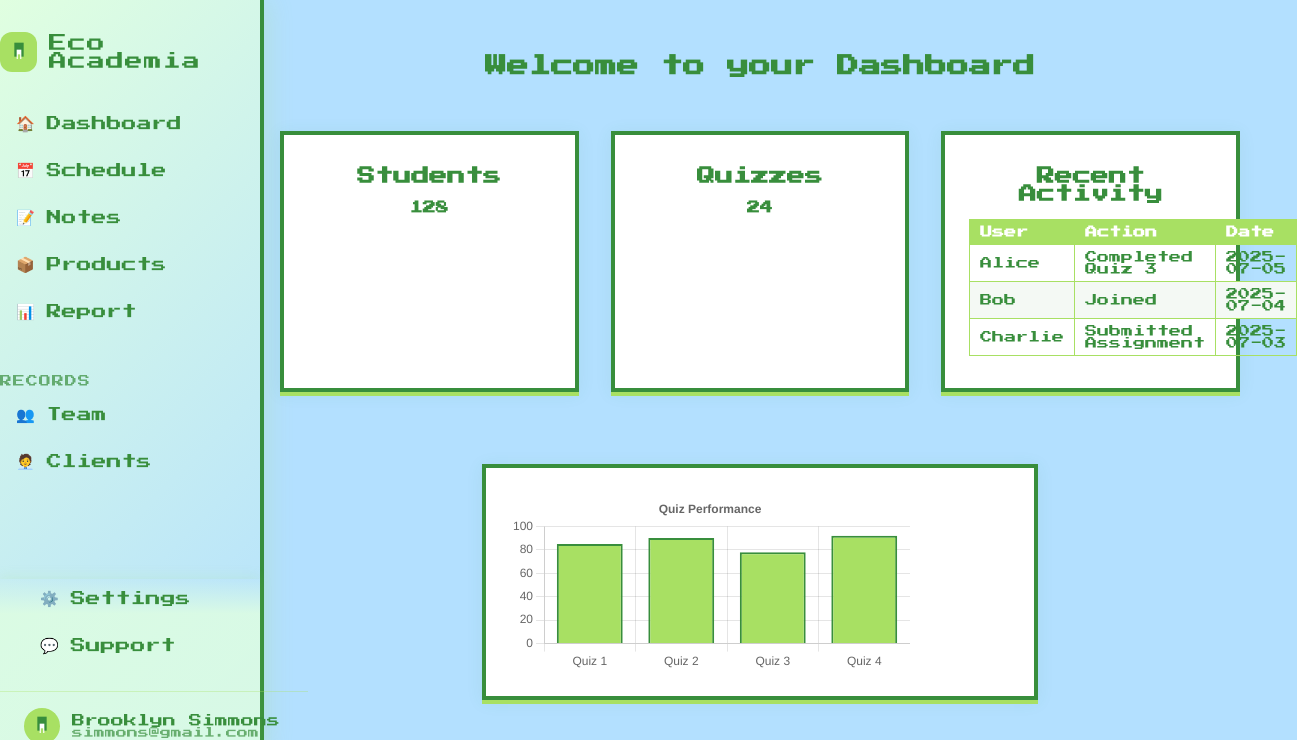
Repository: hotaruhshs/eco-academia
Page: admin/dashboard.html
An editor plug-in stored every save of this project. The page is shown before and after the next save, followed by the edit.
The browser window is 1280 px wide. The page is 1297 px wide, so the pictures cover 1297 px, including what lies to the right of the window. The pictures show the whole page.

Above is the page before, as saved 2025-07-06 01:57:06.

### admin/dashboard.html
<!DOCTYPE html>
<html lang="en">
  <head>
    <meta charset="UTF-8" />
    <meta name="viewport" content="width=device-width, initial-scale=1.0" />
    <title>Eco Academia Dashboard</title>
    <link rel="stylesheet" href="css/dashboard.css" />
    <link
      href="https://fonts.googleapis.com/css2?family=Press+Start+2P&display=swap"
      rel="stylesheet"
    />
  </head>
  <body>
    <div class="sidebar">
      <div class="sidebar-header">
        <div class="sidebar-logo">
          <img
            src="images/leaf.svg"
            alt="Logo"
            width="28"
            height="28"
            style="image-rendering: pixelated"
          />
        </div>
        <span class="sidebar-title">Eco Academia</span>
      </div>
      <div class="sidebar-section">
        <ul>
          <li>
            <a href="#"><span>🏠</span> Dashboard</a>
          </li>
          <li>
            <a href="#"><span>📅</span> Schedule</a>
          </li>
          <li>
            <a href="#"><span>📝</span> Notes</a>
          </li>
          <li>
            <a href="#"><span>📦</span> Products</a>
          </li>
          <li>
            <a href="#"><span>📊</span> Report</a>
          </li>
        </ul>
      </div>
      <div class="sidebar-section">
        <div class="sidebar-section-title">RECORDS</div>
        <ul>
          <li>
            <a href="#"><span>👥</span> Team</a>
          </li>
          <li>
            <a href="#"><span>🧑‍💼</span> Clients</a>
          </li>
        </ul>
      </div>
      <div class="sidebar-bottom">
        <div class="sidebar-section">
          <ul>
            <li>
              <a href="#"><span>⚙️</span> Settings</a>
            </li>
            <li>
              <a href="#"><span>💬</span> Support</a>
            </li>
          </ul>
        </div>
        <div class="sidebar-profile">
          <div class="sidebar-profile-img">
            <img
              src="images/leaf.svg"
              alt="Profile"
              width="28"
              height="28"
              style="image-rendering: pixelated"
            />
          </div>
          <div class="sidebar-profile-info">
            <span class="sidebar-profile-name">Brooklyn Simmons</span>
            <span class="sidebar-profile-email">simmons@gmail.com</span>
          </div>
        </div>
      </div>
    </div>
    <div class="main-content">
      <h1>Welcome to your Dashboard</h1>
      <div class="metrics-cards">
        <div class="card metric-card">
          <h3>Students</h3>
          <p class="metric-value">128</p>
        </div>
        <div class="card metric-card">
          <h3>Quizzes</h3>
          <p class="metric-value">24</p>
        </div>
        <div class="card metric-card">
          <h3>Recent Activity</h3>
          <table class="activity-table">
            <thead>
              <tr>
                <th>User</th>
                <th>Action</th>
                <th>Date</th>
              </tr>
            </thead>
            <tbody>
              <tr>
                <td>Alice</td>
                <td>Completed Quiz 3</td>
                <td>2025-07-05</td>
              </tr>
              <tr>
                <td>Bob</td>
                <td>Joined</td>
                <td>2025-07-04</td>
              </tr>
              <tr>
                <td>Charlie</td>
                <td>Submitted Assignment</td>
                <td>2025-07-03</td>
              </tr>
            </tbody>
          </table>
        </div>
      </div>
      <div class="charts-section">
        <canvas id="progressChart" width="400" height="180"></canvas>
      </div>
    </div>
    <script src="js/dashboard.js"></script>
  </body>
</html>

### admin/css/dashboard.css
body {
  margin: 0;
  font-family: "Press Start 2P", "Segoe UI", Tahoma, Geneva, Verdana, sans-serif;
  background: #b3e0ff;
  color: #23272e;
  min-height: 100vh;
  height: 100dvh;
  /* Remove flex layout from body to allow normal block flow */
}

body::before,
body::after {
  display: none;
}
@import url("https://fonts.googleapis.com/css2?family=Press+Start+2P&display=swap");

.sidebar {
  position: fixed;
  left: 0;
  top: 0;
  width: 260px;
  min-height: 100vh;
  height: 100vh;
  display: flex;
  flex-direction: column;
  align-items: center;
  justify-content: flex-start;
  background: linear-gradient(135deg, #e0ffe0 0%, #b3e0ff 100%);
  color: #388e3c;
  padding: 32px 0 0 0;
  box-shadow: 4px 0 24px #a8e06333;
  border-right: 4px solid #388e3c;
}
.sidebar-bottom {
  margin-top: auto;
  width: 100%;
  display: flex;
  flex-direction: column;
  align-items: stretch;
  gap: 0;
  position: relative;
  left: 0;
  bottom: 0;
  background: linear-gradient(0deg, #e0ffe0cc 80%, transparent 100%);
  box-shadow: 0 -2px 12px #a8e06322;
  padding-bottom: 8px;
}
.sidebar-header {
  display: flex;
  align-items: center;
  gap: 12px;
  margin-bottom: 32px;
}
.sidebar-logo {
  width: 40px;
  height: 40px;
  background: #a8e063;
  border-radius: 12px;
  display: flex;
  align-items: center;
  justify-content: center;
}
.sidebar-title {
  font-family: "Press Start 2P", cursive;
  font-size: 18px;
  color: #388e3c;
  letter-spacing: 1px;
}
.sidebar-section {
  width: 100%;
  padding: 0 24px;
  margin-bottom: 18px;
}
.sidebar-section-title {
  font-size: 12px;
  color: #388e3c;
  opacity: 0.7;
  margin: 18px 0 8px 0;
  font-family: "Press Start 2P", cursive;
  letter-spacing: 1px;
}
.sidebar ul {
  list-style: none;
  padding: 0;
  margin: 0;
  width: 100%;
}
.sidebar ul li {
  margin: 0 0 8px 0;
  transition: background 0.2s, transform 0.2s;
  border-radius: 8px;
}
.sidebar ul li a {
  color: #388e3c;
  text-decoration: none;
  font-size: 15px;
  display: flex;
  align-items: center;
  gap: 12px;
  padding: 10px 16px;
  border-radius: 8px;
  font-family: "Press Start 2P", cursive;
  background: transparent;
  transition: background 0.2s, color 0.2s;
}
.sidebar ul li a:hover,
.sidebar ul li a:focus {
  background: #a8e06333;
  color: #23272e;
  outline: none;
}
.sidebar-profile {
  width: 100%;
  padding: 16px 24px 0 24px;
  display: flex;
  align-items: center;
  gap: 12px;
  border-top: 1px solid #a8e06355;
  background: transparent;
}
.sidebar-profile-img {
  width: 36px;
  height: 36px;
  border-radius: 50%;
  background: #a8e063;
  display: flex;
  align-items: center;
  justify-content: center;
  overflow: hidden;
}
.sidebar-profile-info {
  display: flex;
  flex-direction: column;
}
.sidebar-profile-name {
  font-size: 13px;
  font-family: "Press Start 2P", cursive;
  color: #388e3c;
}
.sidebar-profile-email {
  font-size: 11px;
  color: #388e3c;
  opacity: 0.7;
}
.main-content {
  margin-left: 240px;
  padding: 40px;
  max-width: none;
  width: calc(100vw - 240px);
  box-sizing: border-box;
  display: flex;
  flex-direction: column;
  align-items: center;
}
.main-content h1 {
  color: #388e3c;
  font-family: "Press Start 2P", cursive;
  font-size: 22px;
  margin-bottom: 24px;
}
.cards {
  display: grid;
  grid-template-columns: repeat(3, 1fr);
  gap: 32px;
  margin-top: 30px;
  width: 100%;
}
.metrics-cards {
  display: grid;
  grid-template-columns: repeat(3, 1fr);
  gap: 32px;
  margin-top: 30px;
  margin-bottom: 32px;
  width: 100%;
}
.card {
  background: #fff;
  border-radius: 0;
  box-shadow: 0 4px 0 #a8e063, 0 2px 16px rgba(56, 142, 60, 0.08);
  padding: 32px 24px;
  border: 4px solid #388e3c;
  color: #388e3c;
  font-family: "Press Start 2P", "Segoe UI", Tahoma, Geneva, Verdana, sans-serif;
  text-align: center;
  transition: box-shadow 0.2s, border-color 0.2s;
  position: relative;
}
.card:hover {
  box-shadow: 0 8px 0 #a8e063, 0 4px 32px rgba(56, 142, 60, 0.18);
  border-color: #a8e063;
}
.card h3 {
  margin-top: 0;
  font-size: 18px;
  color: #388e3c;
  margin-bottom: 16px;
}
.card p {
  font-size: 13px;
  color: #388e3c;
}

/* Pixel-style button */
.btn-pixel {
  font-family: "Press Start 2P", cursive;
  background: #fff;
  color: #388e3c;
  border: 3px solid #388e3c;
  padding: 10px 24px;
  border-radius: 0;
  box-shadow: 2px 2px 0 #a8e063;
  cursor: pointer;
  transition: background 0.2s, color 0.2s;
  outline: 2px solid #a8e063;
  outline-offset: -6px;
  text-transform: uppercase;
  letter-spacing: 1px;
}
.btn-pixel:hover {
  background: #388e3c;
  color: #fff;
  border-color: #a8e063;
  outline: 2px solid #388e3c;
}

::-webkit-scrollbar {
  width: 8px;
  background: #fff;
}
::-webkit-scrollbar-thumb {
  background: #a8e063;
}
.metric-card {
  min-width: 180px;
}
.metric-value {
  font-size: 32px;
  font-weight: bold;
  color: #23272e;
  margin: 16px 0 0 0;
}
.activity-table {
  width: 100%;
  border-collapse: collapse;
  margin-top: 10px;
  font-size: 12px;
}
.activity-table th,
.activity-table td {
  border: 1px solid #a8e063;
  padding: 6px 10px;
  text-align: left;
}
.activity-table th {
  background: #a8e063;
  color: #fff;
}
.activity-table tr:nth-child(even) {
  background: #f4f9f4;
}
.charts-section {
  margin-top: 40px;
  background: #fff;
  border: 4px solid #388e3c;
  box-shadow: 0 4px 0 #a8e063, 0 2px 16px rgba(56, 142, 60, 0.08);
  padding: 24px;
  border-radius: 0;
  max-width: 500px;
  width: 100%;
  margin-left: auto;
  margin-right: auto;
}

/* Hamburger menu styles */
.hamburger {
  display: none;
  flex-direction: column;
  justify-content: center;
  align-items: center;
  width: 40px;
  height: 40px;
  cursor: pointer;
  margin-left: 10px;
  z-index: 1100;
}
.hamburger span {
  display: block;
  width: 28px;
  height: 4px;
  margin: 4px 0;
  background: #388e3c;
  border-radius: 2px;
  box-shadow: 0 1px 2px #a8e06388;
  transition: 0.3s;
}

@media (max-width: 1200px) {
  .main-content {
    padding: 20px;
    max-width: 100vw;
  }
  .metrics-cards,
  .cards {
    max-width: 100vw;
    grid-template-columns: repeat(2, 1fr);
  }
  .charts-section {
    max-width: 100vw;
  }
}
@media (max-width: 1100px) {
  .metrics-cards,
  .cards {
    grid-template-columns: repeat(2, 1fr);
  }
}
@media (max-width: 900px) {
  .sidebar {
    width: 100vw;
    height: auto;
    min-height: unset;
    flex-direction: row;
    align-items: flex-start;
    padding: 0 10px;
    border-right: none;
    border-bottom: 4px solid #388e3c;
    box-shadow: 0 4px 24px #a8e06333;
  }
  .sidebar-section,
  .sidebar-profile,
  .sidebar-bottom {
    display: none;
  }
  .sidebar-header {
    margin-bottom: 0;
  }
}

### admin/js/dashboard.js
// dashboard.js
// Add interactivity here if needed
console.log('Dashboard loaded');

// Chart.js sample bar chart for progress
window.addEventListener('DOMContentLoaded', function () {
  // Hamburger menu functionality
  const hamburger = document.getElementById('hamburgerMenu');
  const sidebarLinks = document.getElementById('sidebarLinks');
  if (hamburger && sidebarLinks) {
    hamburger.addEventListener('click', function () {
      sidebarLinks.classList.toggle('active');
    });
    hamburger.addEventListener('keydown', function(e) {
      if (e.key === 'Enter' || e.key === ' ') {
        e.preventDefault();
        sidebarLinks.classList.toggle('active');
      }
    });
  }

  if (document.getElementById('progressChart')) {
    const ctx = document.getElementById('progressChart').getContext('2d');
    // Load Chart.js from CDN if not present
    if (typeof Chart === 'undefined') {
      const script = document.createElement('script');
      script.src = 'https://cdn.jsdelivr.net/npm/chart.js';
      script.onload = () => renderChart(ctx);
      document.head.appendChild(script);
    } else {
      renderChart(ctx);
    }
  }
});

function renderChart(ctx) {
  new Chart(ctx, {
    type: 'bar',
    data: {
      labels: ['Quiz 1', 'Quiz 2', 'Quiz 3', 'Quiz 4'],
      datasets: [{
        label: 'Average Score',
        data: [85, 90, 78, 92],
        backgroundColor: '#a8e063',
        borderColor: '#388e3c',
        borderWidth: 2
      }]
    },
    options: {
      responsive: false,
      plugins: {
        legend: { display: false },
        title: { display: true, text: 'Quiz Performance' }
      },
      scales: {
        y: { beginAtZero: true, max: 100 }
      }
    }
  });
}

After the next save:
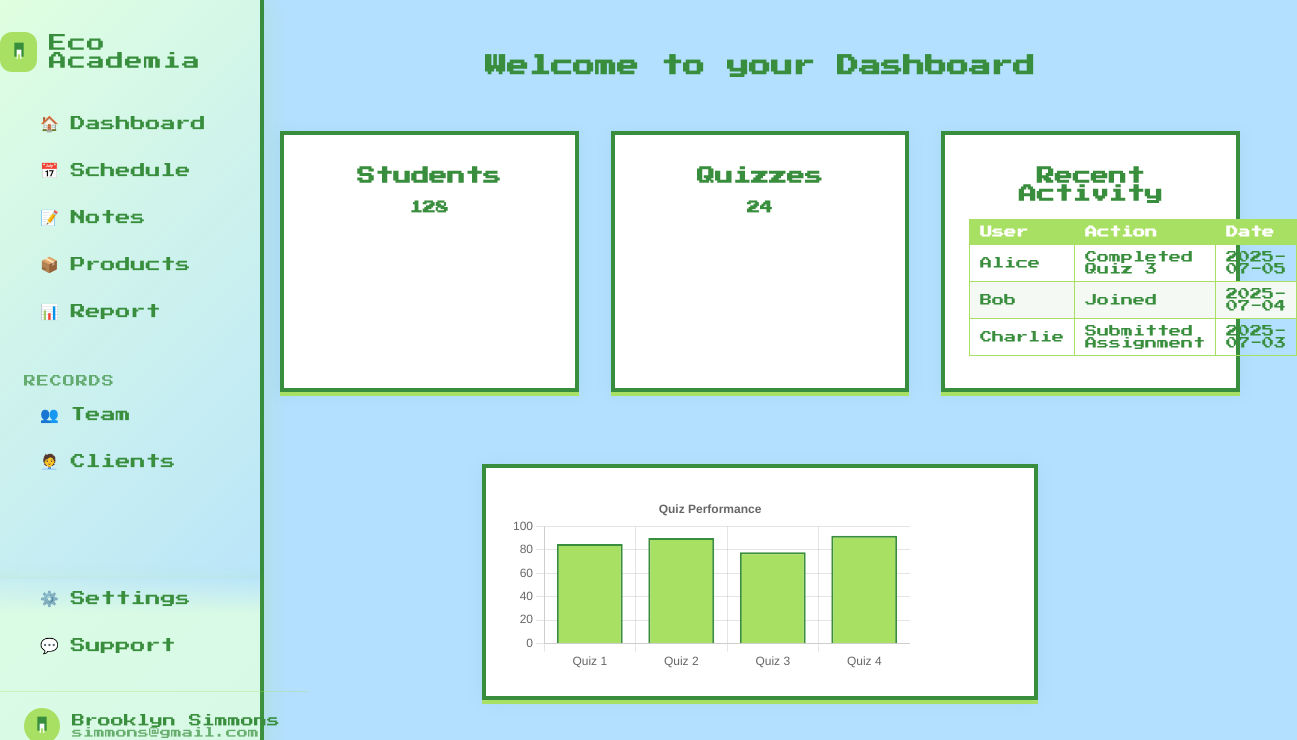
Saved 38 s later.
--- a/admin/css/dashboard.css
+++ b/admin/css/dashboard.css
@@ -23,7 +23,7 @@ body::after {
   height: 100vh;
   display: flex;
   flex-direction: column;
-  align-items: center;
+  align-items: stretch;
   justify-content: flex-start;
   background: linear-gradient(135deg, #e0ffe0 0%, #b3e0ff 100%);
   color: #388e3c;
@@ -38,9 +38,6 @@ body::after {
   flex-direction: column;
   align-items: stretch;
   gap: 0;
-  position: relative;
-  left: 0;
-  bottom: 0;
   background: linear-gradient(0deg, #e0ffe0cc 80%, transparent 100%);
   box-shadow: 0 -2px 12px #a8e06322;
   padding-bottom: 8px;
